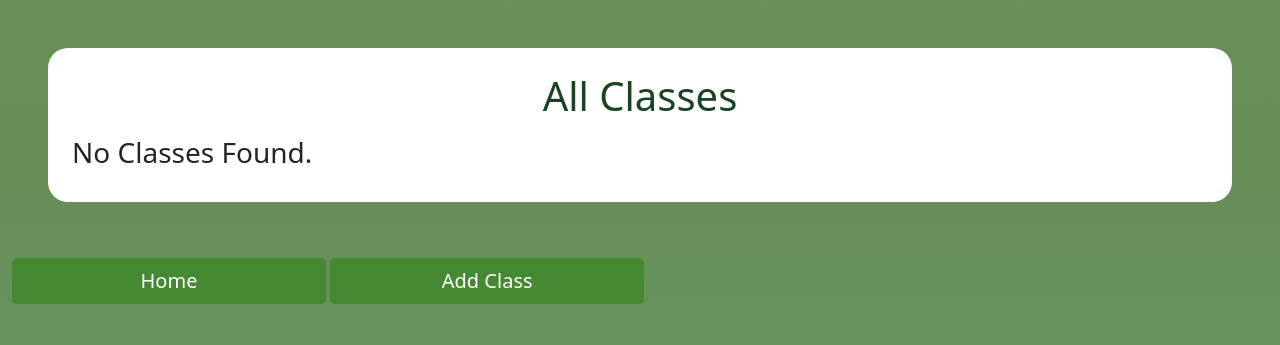
Repository: ronetteguevara/CalTech-ZumbaApp
Page: http://localhost/ZumbaApp/ViewClasses.jsp
The author's editor kept a copy of each file at every save. The page is drawn from the files as they stood at one save, then again after the next save.
The browser window is 1280 px wide. The pictures show the whole page.
The page is served by Tomcat 10. Other server files are loaded and not shown. Queries for data that is not in the repository find no rows.

Above is the page before, as saved 2024-05-03 02:17:46.

### ZumbaApp/ZumbaApp/src/main/webapp/ViewClasses.jsp
<%@ page contentType="text/html;charset=UTF-8" language="java" %>
<%@ page import="java.util.ArrayList, com.zumbaapp.servlet.db.DB, com.zumbaapp.servlet.model.Classes" %>
<html>
<head>
    <title>All Classes</title>
<link rel="stylesheet" href="css/bootstrap.css"></link>
<link rel="stylesheet" href="style.css"></link>
</head>
<body class="gradient-background justify-content-center">

        <div class="my-4 d-flex justify-content-center col-xl-12 col-lg-12 col-md-12 col-sm-12 col-12">
        <div class="container-fluid my-4 mx-5 px-4 py-4 justify-content-center" style="background-color: white; border-radius: 20px;">
        <h1 class="mb-3" style="text-align: center;">All Classes</h1>

        <%
            DB db = new DB();
            ArrayList<Classes> zumbaClasses = db.fetchAllClasses();
            db.closeConnection();

            if (zumbaClasses != null && zumbaClasses.size() > 0) {
                out.print("<table class='table table-hover'>");
                out.print("<thead>");
                out.print("<tr>");
                out.print("<th scope='col'>ID</th>");
                out.print("<th scope='col'>Name</th>");
                out.print("<th scope='col'>Session</th>");
                out.print("<th scope='col'>Date</th>");
                out.print("<th scope='col'>Start Time</th>");
                out.print("<th scope='col'>End Time</th>");
                out.print("<th scope='col'>Location</th>");
                out.print("<th scope='col'>Actions</th>");
                out.print("</tr>");
                out.print("</thead>");
                out.print("<tbody>");


                for (Classes classes : zumbaClasses) {
                    out.print("<tr>");
                    out.print("<td>" + classes.id + "</td>");
                    out.print("<td>" + classes.name + "</td>");
                    out.print("<td>" + classes.session + "</td>");
                    out.print("<td>" + classes.date + "</td>");
                    out.print("<td>" + classes.startTime + "</td>");
                    out.print("<td>" + classes.endTime + "</td>");
                    out.print("<td>" + classes.location + "</td>");
                    out.print("<td><a href='DeleteClasses?id=" + classes.id + "'>Delete</a> | <a href='EditClass.jsp?id=" + classes.id + "'>Edit</a></td>");
                    out.print("</tr>");
                }
                out.print("</tbody>");
                out.print("</table>");
            } else {
                out.print("<h3>No Classes Found.</h3>");
            }

            out.print("</div>");
            out.print("</div>");
        %>
        <div class="container-fluid justify-content-center">
		<a class="w-25 btn btn-lg btn-primary button mt-2 mb-5" href="Home.jsp">Home</a>
		<a class="w-25 btn btn-lg btn-primary button mt-2 mb-5" href="add-class.html">Add Class</a>
		</div>
</body>
</html>

### ZumbaApp/ZumbaApp/src/main/java/com/zumbaapp/servlet/db/DB.java
package com.zumbaapp.servlet.db;

import java.sql.Connection;
import java.sql.DriverManager;
import java.sql.PreparedStatement;
import java.sql.ResultSet;
import java.util.ArrayList;

import com.zumbaapp.servlet.model.Classes;
import com.zumbaapp.servlet.model.Participant;

public class DB {

		Connection connection;
		PreparedStatement preparedStatement;

		public DB() {
			try {
				Class.forName("com.mysql.cj.jdbc.Driver");
				System.out.println("[DB] Driver Loaded");

				connection = DriverManager.getConnection("jdbc:mysql://127.0.0.1:3306/zumba_management", "root", "201155876");
				System.out.println("[DB] Connection created");
			}
			catch(Exception e) {
				System.out.println("Something went wrong: " + e);
			}
		}

		public void closeConnection() {
			try {
				connection.close();
				System.out.println("[DB] Connection to DB closed");
			}
			catch(Exception e) {
				System.out.println("Something went wrong: " + e);
			}
		}

		public int addClasses(Classes classes) {
			int result = 0;

			try {
			String sql = "INSERT INTO Classes VALUES (null, ?, ?, ?, ?, ?, ?)";
			preparedStatement = connection.prepareStatement(sql);
			preparedStatement.setString(1, classes.name);
			preparedStatement.setString(2, classes.session);
			preparedStatement.setString(3, classes.date);
			preparedStatement.setString(4, classes.startTime);
			preparedStatement.setString(5, classes.endTime);
			preparedStatement.setString(6, classes.location);

			result = preparedStatement.executeUpdate();

			}
			catch(Exception e) {
				System.out.println("Something went wrong: " + e);
			}
			return result;
		}

		public int addParticipant(Participant participant) {
			int result = 0;

			try {
			String sql = "INSERT INTO Participant VALUES (null, ?, ?, ?, ?, ?)";
			preparedStatement = connection.prepareStatement(sql);
			preparedStatement.setString(1, participant.firstName);
			preparedStatement.setString(2, participant.lastName);
			preparedStatement.setString(3, participant.email);
			preparedStatement.setString(4, participant.phone);
			preparedStatement.setString(5, participant.zumbaClass);

			result = preparedStatement.executeUpdate();

			}
			catch(Exception e) {
				System.out.println("Something went wrong: " + e);
			}
			return result;
		}

		public ArrayList<Classes> fetchAllClasses() {
			ArrayList<Classes> zumbaClasses = new ArrayList<>();
			try {
				String sql = "SELECT * FROM Classes";
				preparedStatement = connection.prepareStatement(sql);

				ResultSet set = preparedStatement.executeQuery();

				while(set.next()) {
					Classes classes = new Classes();
					classes.id = set.getInt(1);
					classes.name = set.getString(2);
					classes.session = set.getString(3);
					classes.date = set.getString(4);
					classes.startTime = set.getString(5);
					classes.endTime = set.getString(6);
					classes.location = set.getString(7);

					zumbaClasses.add(classes);

				}
			}
			catch(Exception e) {
				System.out.println("Something went wrong: " + e);

			}
			return zumbaClasses;
		}

		public ArrayList<Participant> fetchAllParticipants() {
			ArrayList<Participant> zumbaParticipants = new ArrayList<>();
			try {
				String sql = "SELECT * FROM Participant";
				preparedStatement = connection.prepareStatement(sql);

				ResultSet set = preparedStatement.executeQuery();

				while(set.next()) {
					Participant participant = new Participant();
					participant.id = set.getInt(1);
					participant.firstName = set.getString(2);
					participant.lastName = set.getString(3);
					participant.email = set.getString(4);
					participant.phone = set.getString(5);
					participant.zumbaClass = set.getString(6);

					zumbaParticipants.add(participant);
				}
			}
			catch(Exception e) {
				System.out.println("Something went wrong: " + e);

			}
			return zumbaParticipants;
		}

		public int deleteClasses(int id) {
			int result = 0;
			try {
				String sql = "DELETE FROM Classes WHERE id=?";
				preparedStatement = connection.prepareStatement(sql);
				preparedStatement.setInt(1, id);

				preparedStatement.executeUpdate();

				result = preparedStatement.executeUpdate();

			}
			catch(Exception e) {
				System.out.println("Something went wrong: " + e);
			}
			return result;
	}

		public int deleteParticipant(int id) {
			int result = 0;
			try {
				String sql = "DELETE FROM Participant WHERE id=?";
				preparedStatement = connection.prepareStatement(sql);
				preparedStatement.setInt(1, id);

				preparedStatement.executeUpdate();

				result = preparedStatement.executeUpdate();

			}
			catch(Exception e) {
				System.out.println("Something went wrong: " + e);
			}
			return result;
	}

		public Classes fetchClass(int id) {

			Classes classes = new Classes();

			try {
				String sql = "SELECT * FROM Classes WHERE id=?";
				preparedStatement = connection.prepareStatement(sql);
				preparedStatement.setInt(1, id);

				ResultSet set = preparedStatement.executeQuery();

				while(set.next()) {
					classes.id = set.getInt(1);
					classes.name = set.getString(2);
					classes.session = set.getString(3);
					classes.date = set.getString(4);
					classes.startTime = set.getString(5);
					classes.endTime = set.getString(6);
					classes.location = set.getString(7);
				}
			}
			catch(Exception e) {
				System.out.println("Something went wrong: " + e);

			}
			return classes;
		}

		public Participant fetchParticipant(int id) {
			Participant participant = new Participant();
			try {
				String sql = "SELECT * FROM Participant WHERE id=?";
				preparedStatement = connection.prepareStatement(sql);
				preparedStatement.setInt(1, id);

				ResultSet set = preparedStatement.executeQuery();

				while(set.next()) {
					participant.id = set.getInt(1);
					participant.firstName = set.getString(2);
					participant.lastName = set.getString(3);
					participant.email = set.getString(4);
					participant.phone = set.getString(5);
					participant.zumbaClass = set.getString(6);
				}
			}
			catch(Exception e) {
				System.out.println("Something went wrong: " + e);

			}
			return participant;
		}

		public int saveClasses (Classes classes) {
			int result = 0;

			try {
				String sql = "UPDATE Classes SET name = ?, session = ?, date = ?, startTime = ?, endTime = ?, location = ? WHERE id=?";
				preparedStatement = connection.prepareStatement(sql);
				preparedStatement.setString(1, classes.name);
				preparedStatement.setString(2, classes.session);
				preparedStatement.setString(3, classes.date);
				preparedStatement.setString(4, classes.startTime);
				preparedStatement.setString(5, classes.endTime);
				preparedStatement.setString(6, classes.location);
				preparedStatement.setInt(7, classes.id);

				result = preparedStatement.executeUpdate();

			}
			catch(Exception e) {
				System.out.println("Something went wrong: " + e);
			}

			return result;
		}

		public int saveParticipant (Participant participant) {
			int result = 0;

			try {
				String sql = "UPDATE Participant SET firstName = ?, lastName = ?, email = ?, phone = ?, zumbaClass = ? WHERE id=?";
				preparedStatement = connection.prepareStatement(sql);
				preparedStatement.setString(1, participant.firstName);
				preparedStatement.setString(2, participant.lastName);
				preparedStatement.setString(3, participant.email);
				preparedStatement.setString(4, participant.phone);
				preparedStatement.setString(5, participant.zumbaClass);
				preparedStatement.setInt(6, participant.id);

				result = preparedStatement.executeUpdate();

			}
			catch(Exception e) {
				System.out.println("Something went wrong: " + e);
			}

			return result;
		}

}

### ZumbaApp/ZumbaApp/src/main/webapp/style.css
@charset "UTF-8";

.button {
  background-color: #458933;
  border: none;
}

.button:hover {
  background-color: #82c360;
}

a {
  color: #458933;
}

a:hover {
 color: #82c360;
}

a:visited {
  color: #1a4324;
}

h1 {
	color: #1a4324;
}

footer {
	background-color: white;
}

.gradient-background {
  background: linear-gradient(0deg, #74d3ae, #678d58, #a6c48a);
  background-size: 1000% 1000%;

  -webkit-animation: AnimationName 8s ease infinite;
  -moz-animation: AnimationName 8s ease infinite;
  animation: AnimationName 8s ease infinite;
}

@-webkit-keyframes AnimationName {
  0%{background-position:0% 35%}
  50%{background-position:100% 66%}
  100%{background-position:0% 35%}
}
@-moz-keyframes AnimationName {
  0%{background-position:0% 35%}
  50%{background-position:100% 66%}
  100%{background-position:0% 35%}
}
@keyframes AnimationName {
  0%{background-position:0% 35%}
  50%{background-position:100% 66%}
  100%{background-position:0% 35%}

}

Loaded but not shown: ZumbaApp/ZumbaApp/src/main/webapp/css/bootstrap.css (library)

After the next save:
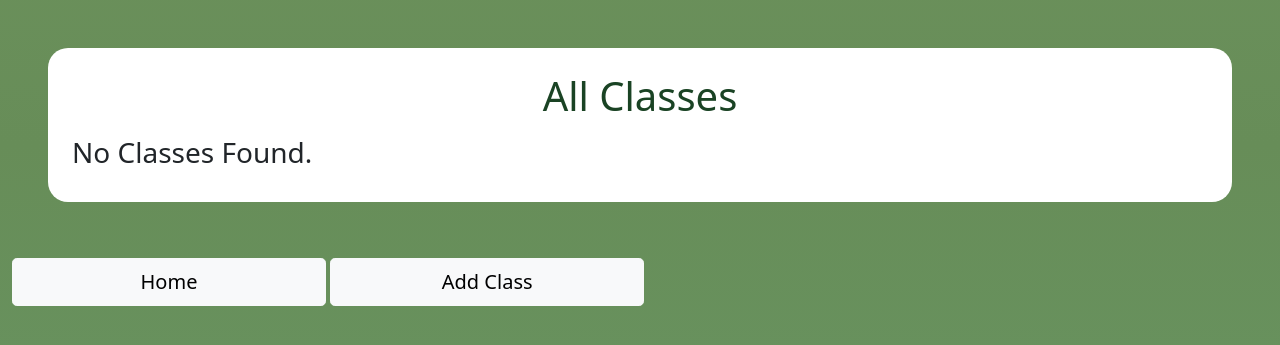
Saved 34 s later.
--- a/ZumbaApp/ZumbaApp/src/main/webapp/ViewClasses.jsp
+++ b/ZumbaApp/ZumbaApp/src/main/webapp/ViewClasses.jsp
@@ -56,8 +56,8 @@
             out.print("</div>");
         %>
         <div class="container-fluid justify-content-center">
-		<a class="w-25 btn btn-lg btn-primary button mt-2 mb-5" href="Home.jsp">Home</a>
-		<a class="w-25 btn btn-lg btn-primary button mt-2 mb-5" href="add-class.html">Add Class</a>
+		<a class="w-25 btn btn-lg btn-primary btn-light mt-2 mb-5" href="Home.jsp">Home</a>
+		<a class="w-25 btn btn-lg btn-primary btn-light mt-2 mb-5" href="add-class.html">Add Class</a>
 		</div>
 </body>
 </html>
